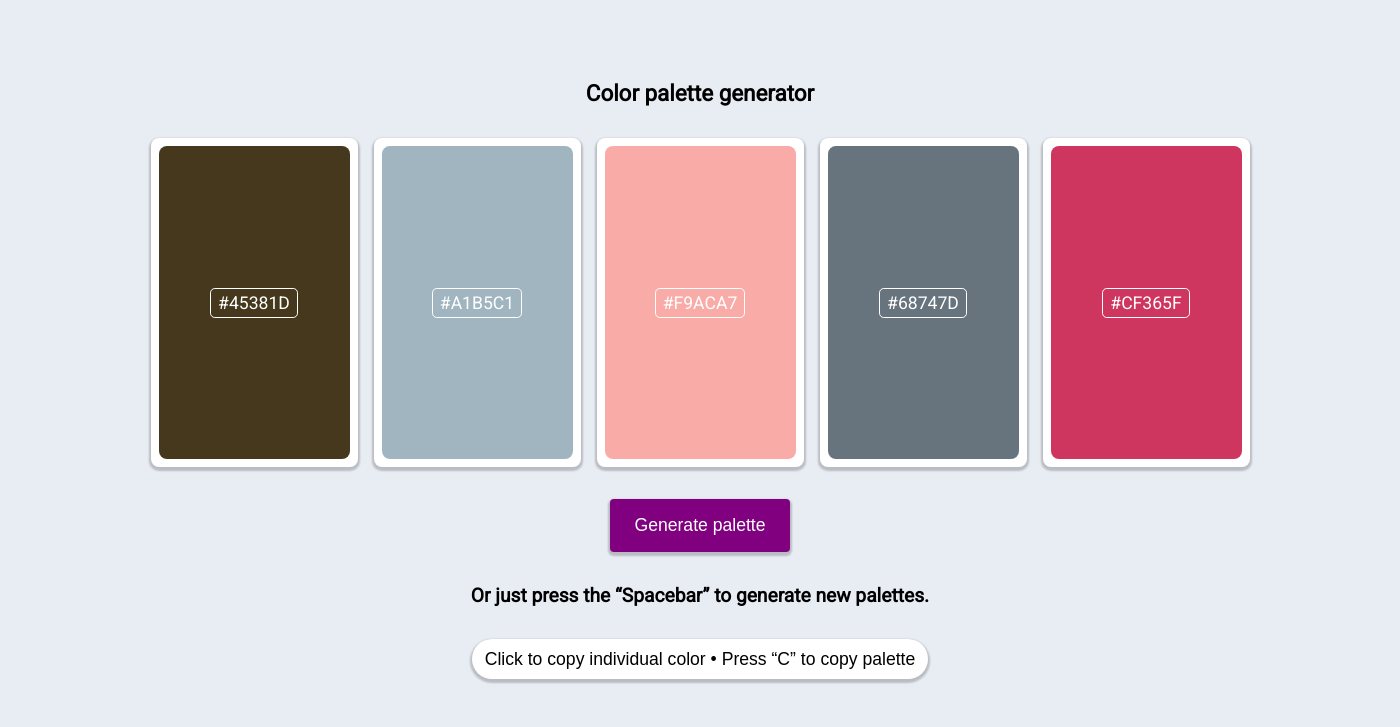
Repository: Hcmwebs/Color-Palette-Generator
Page: index.html
These files come from the project's save history. The page is drawn as it stood at one moment and after the next save; the edit follows.
The browser window is 1280 px wide. The page is 1400 px wide, so the pictures cover 1400 px, including what lies to the right of the window. The pictures show the whole page.
After loading, the first visible `div.card__item` was clicked once.

Above is the page before, as saved 2020-10-22 19:53:50.

### index.html
<!DOCTYPE html>
<html lang="en">
<head>
    <meta charset="UTF-8">
    <meta name="viewport" content="width=device-width, initial-scale=1.0">
    <link rel="stylesheet" href="styles.css">
    <script src="main.js" defer></script>
    <title>Color Pallete Generator</title>
</head>
<body>
    <div class="container">

        <!-- <button class="btn">Color #F9ACA7 copied to your clipboard</button> -->
        <h2>Color palette generator</h2>
        <div class="card">
            <div class="card__item">
                <div class="card__color card__color--lightPurpleish">
                    <div class="card__tag">#EEEDF0</div>
                </div>

            </div>

            <div class="card__item">
                <div class="card__color card__color--lightBlueGreenish">
                    <div class="card__tag">#A1B5C1</div>
                </div>

            </div>

            <div class="card__item card__item--active">
                <div class="card__color card__color--lightReddish">
                    <div class="card__tag">#F9ACA7</div>
            </div>

            </div>

            <div class="card__item">
                <div class="card__color card__color--lightBluish">
                    <div class="card__tag">#68747D</div>
                </div>
            </div>

            <div class="card__item">
                <div class="card__color card__color--reddish">
                    <div class="card__tag">#CF365F</div>
            </div>

            </div>

        </div>
        <button class="btn btn--generate">Generate palette</button>
        <h3>Or just press the “Spacebar” to generate new palettes.</h3>
        <button class="btn btn--white">Click to copy individual color • Press “C” to copy palette</button>
    </div>
</body>
</html>

### styles.css
@import url('https://fonts.googleapis.com/css2?family=Roboto:wght@300;400&display=swap');

* {
  box-sizing: border-box;
  margin: 0;
  padding: 0;
}

body {
  font-family: 'Roboto', sans-serif;
  font-weight: 300;
  font-size: 10px;
  width: 100vw;
  height: 100vh;
  display: grid;
  place-items: center;
  background-color: rgba(124, 107, 107, 0.274);
}
h2,
h3 {
  font-weight: light;
  margin: 2rem;
  text-align: center;
}
h2 {
  font-size: 1.4rem;
}

h3 {
  font-size: 1.2rem;
}
.container {
  width: 1400px;
  max-width: 100%;
  overflow: hidden;
  margin: auto;
  padding: 3rem 0;
  display: flex;
  flex-direction: column;
  justify-content: space-between;
  align-items: center;
  background-color: #e8ecf3;
}

.btn {
  cursor: pointer;
  font-size: 1.1rem;
  margin: auto;
  padding: 0.6rem 0.8rem;
  border-radius: 2.5rem;
  border:none;
  background-color: #000;
  color: #fff;
  box-shadow: 0px 2px 2px 2px rgba(0, 0, 0, 0.2);
  transition: all 0.7s ease-in;
}

.btn:hover {
  transform: scale(1.01);
  box-shadow: 0px 5px 4px 5px rgba(0, 0, 0, 0.5);
}
.card {
  display: grid;
  grid-template-columns: repeat(5, 1fr);
  gap: 1rem;
  justify-content: center;
}
.card__item {
  width: 207px;
  height: 329px;
  padding: 0.5rem;
  border-radius: 0.5rem;
  box-shadow: 0px 2px 2px 2px rgba(0, 0, 0, 0.2);
  display: flex;
  flex-direction: column;
  justify-content: space-between;
  align-items: center;
  background-color: #fff;
  cursor:pointer;
  transition: all 0.7s ease-in-out;
}

.card__item:hover  .card__item.active {
  box-shadow: 0px 5px 4px 5px rgba(0, 0, 0, 0.5);
  transform: scale(1.01);
}

.card__color {
  width: 100%;
  height: 100%;
  border-radius: 0.5rem;
  display: flex;
  justify-content: center;
  align-items: center;
}
.card__color--lightPurpleish {
  background-color: #eeedf0;
}

.card__color--lightBlueGreenish {
  background-color: #a1b5c1;
}

.card__color--lightReddish {
  background-color: #f9aca7;
}

.card__color--lightBluish {
  background-color: #68747d;
}

.card__color--reddish {
  background-color: #cf365f;
}
.card__tag {
  font-size: 1.1rem;
  font-weight: 400;
  margin: auto;
  color:#fff;
  border:1px solid #fff;
  padding: 4px 7px;
  border-radius: 0.3rem;
}

.btn--generate {
  background-color: purple;
  color: #fff;
  border-radius: 4px;
  margin-top: 2rem;
  padding: 1rem 1.5rem;
  cursor: pointer;
}
.btn--white {
 background-color: #fff;
  color: #000;


}
@media (max-width: 900px) {
  body {
    height: auto;
    padding: 0rem 2rem;
  }
  .container {
    min-width: 620px;
    width: 100%;
  }
  .card {
    grid-template-columns: repeat(2, 1fr);
  }
}
@media (max-width: 600px) {
  .container {
    width: 100%;
    min-width: 350px;
  }
  .card {
    grid-template-columns: 1fr;
  }
  .btn {
    width: 80%;
  }
}

### main.js
const hex = [ 0, 1, 2, 3, 4, 5, 6, 7, 8, 9,"A", "B", "C", "D"," E", "F" ];
const card = document.querySelectorAll(".card__item");
const color = document.querySelector(".card__color");
const colorTag = document.querySelector(".card__tag");
let active = false;
//let cardItem = card.forEach((value, index, array) => {})(searchElement, fromIndex)
card[0].addEventListener("mouseover", activate);
card[0].addEventListener("click", function (){

  let hexColor= "#";
  for (let i =0 ; i < 6; i++) {
    hexColor += hex[getRandomNumber()];
  }

  colorTag.textContent = hexColor;
  color.style.backgroundColor = hexColor;

});

function getRandomNumber(){return Math.floor(Math.random ()* hex.length)}


function activate(){
  if ( !active) {
      card[0].classList.add("active");
      active = true;
    }
    else {
      card[0].classList.remove("active");
      active = false;
    }
  ;}

After the next save:
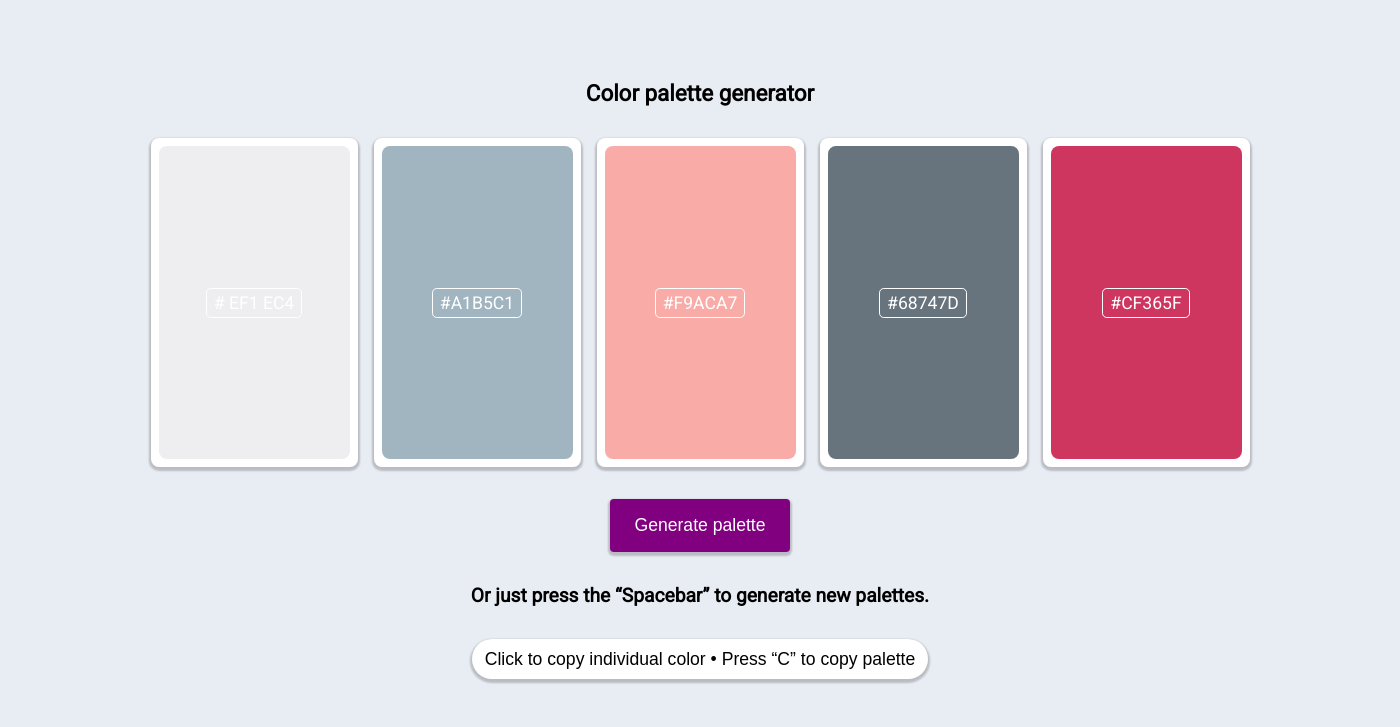
Saved 8 min 53 s later.
--- a/main.js
+++ b/main.js
@@ -3,9 +3,14 @@ const card = document.querySelectorAll(".card__item");
 const color = document.querySelector(".card__color");
 const colorTag = document.querySelector(".card__tag");
 let active = false;
-//let cardItem = card.forEach((value, index, array) => {})(searchElement, fromIndex)
-card[0].addEventListener("mouseover", activate);
-card[0].addEventListener("click", function (){
+
+
+for(let num = 0 ; num < card.length ; num++){;
+  card[0].addEventListener("mouseover", activate);
+  card[0].addEventListener("click", random);}
+
+
+  function random(){
 
   let hexColor= "#";
   for (let i =0 ; i < 6; i++) {
@@ -15,7 +20,7 @@ card[0].addEventListener("click", function (){
   colorTag.textContent = hexColor;
   color.style.backgroundColor = hexColor;
 
-});
+};
 
 function getRandomNumber(){return Math.floor(Math.random ()* hex.length)}
 
